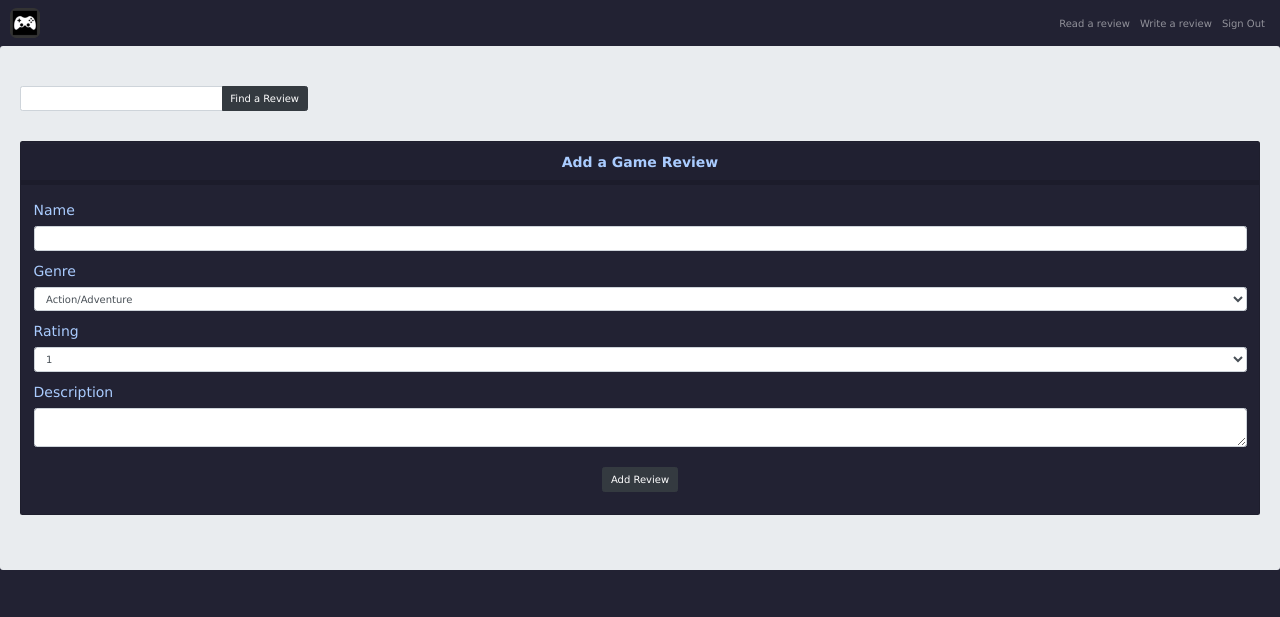
Repository: amit238/milestone-project-3
Page: http://localhost/addreview
The author's editor kept a record of every edit. The page is drawn from the files as they stood at one moment, then again after the next edit.
The browser window is 1280 px wide. The pictures show the whole page.
Some web libraries are served in a nearby version. The page is served by the project's application, run on Flask 3 (app.py). The session is filled in as if someone had signed in: {"username": "testuser", "logged_in": true}.

Above is the page before.

After the next edit:
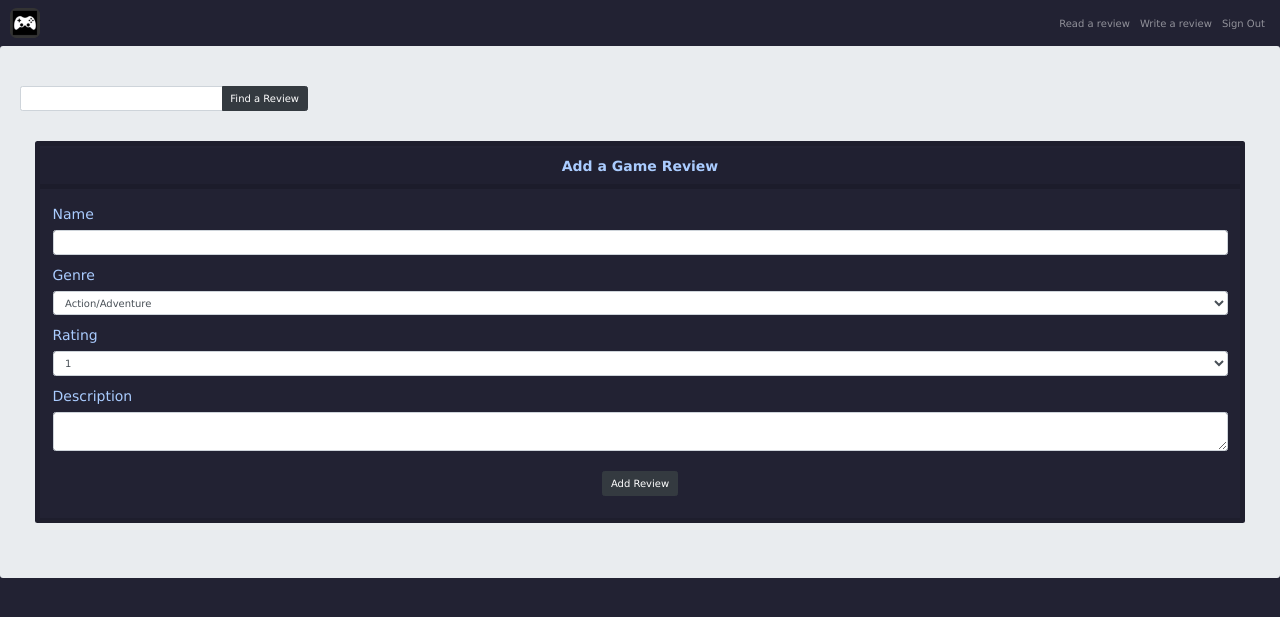
The edit:
--- a/templates/addreview.html
+++ b/templates/addreview.html
@@ -1,6 +1,6 @@
 {% extends 'base.html'%} {% block content %}
-
-<div class="card mb-4 form-bg">
+<div class="container-fluid">
+<div class="card mb-4 form-bg thick-border">
     <div class="card-header center-header form-text"><span class="review-title"><strong>Add a Game Review</strong></span></div>
     <div class="card-body">
         <div class="row">
